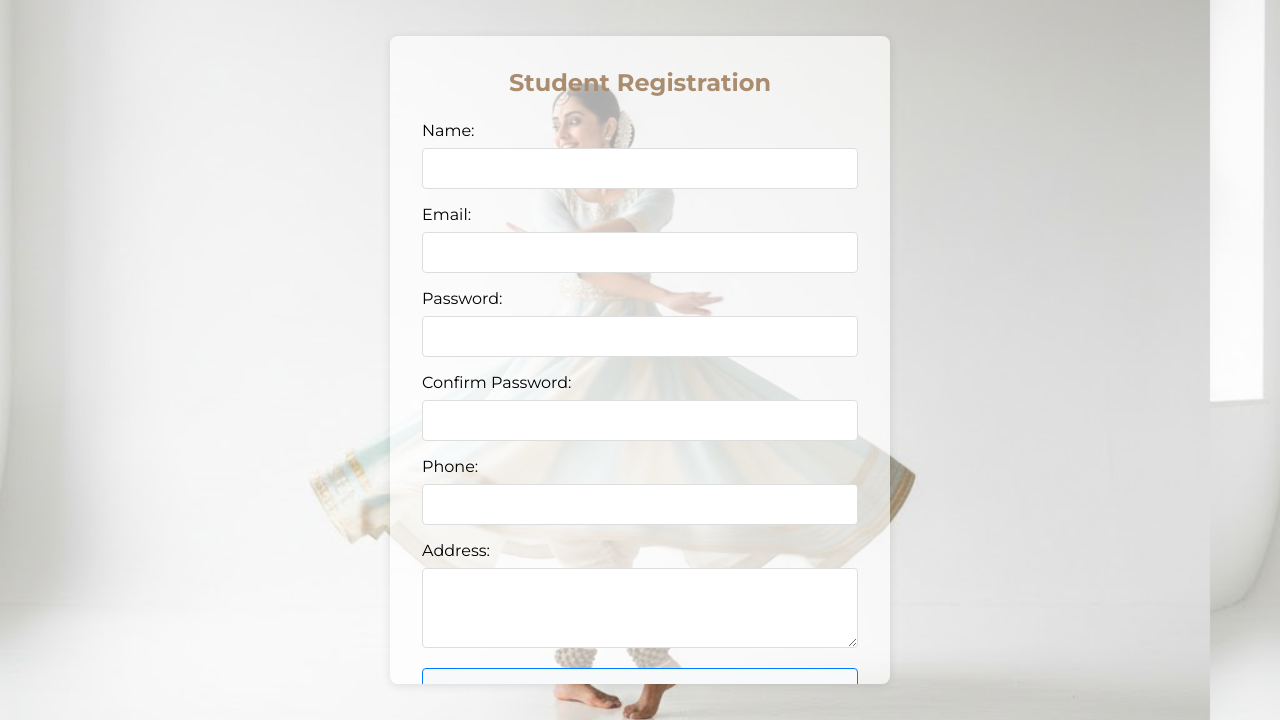
Repository: Priyadharshini-J-CSE/StepSync_Dance_Mangement_System
Page: /user-register (app in frontend/)
These files come from the project's save history. The page is drawn as it stood at one moment and after the next save; the edit follows.
The browser window is 1280 px wide. The pictures show the whole page.
An inner scrolling area shows only its first screen. Some web fonts or font styles are not loaded; a fallback is used. Some web libraries are served in a nearby version. The project was rebuilt for these pictures with package versions that can differ from the ones it lists, and the page was loaded fresh each time. Also part of the build but not shown: frontend/src/index.css, frontend/src/pages/LandingPage.js, frontend/src/components/Alert.js, frontend/src/pages/UserLogin.js, frontend/src/pages/AdminLogin.js, frontend/src/pages/AdminRegister.js, frontend/src/pages/ForgotPassword.js, frontend/src/components/Navbar.js and 17 more.

Above is the page before, as saved 2025-12-18 11:03:03.

### frontend/public/index.html
<!DOCTYPE html>
<html lang="en">
  <head>
    <meta charset="utf-8" />
    <meta name="viewport" content="width=device-width, initial-scale=1" />
    <title>Zumba Class Management</title>
    <link rel="preconnect" href="https://fonts.googleapis.com">
    <link rel="preconnect" href="https://fonts.gstatic.com" crossorigin>
    <link href="https://fonts.googleapis.com/css2?family=Alumni+Sans+Pinstripe:ital@0;1&family=Anta&family=Josefin+Sans:ital,wght@0,100..700;1,100..700&family=Metamorphous&family=Montserrat:ital,wght@0,100..900;1,100..900&family=Pangolin&family=Roboto:ital,wght@0,100..900;1,100..900&family=Rubik:ital,wght@0,300..900;1,300..900&display=swap" rel="stylesheet">
    <link rel="stylesheet" href="https://cdnjs.cloudflare.com/ajax/libs/font-awesome/6.5.1/css/all.min.css" crossorigin="anonymous">
    <script src="https://kit.fontawesome.com/a076d05399.js" crossorigin="anonymous"></script>
    <style>
      * { margin: 0; padding: 0; box-sizing: border-box; }
      body { font-family: 'Montserrat', sans-serif; }
    </style>
  </head>
  <body>
    <div id="root"></div>
  </body>
</html>

### frontend/src/App.js
import React from 'react';
import { BrowserRouter as Router, Routes, Route, Navigate } from 'react-router-dom';
import { AuthProvider, useAuth } from './context/AuthContext';
import LandingPage from './pages/LandingPage';
import UserLogin from './pages/UserLogin';
import AdminLogin from './pages/AdminLogin';
import UserRegister from './pages/UserRegister';
import AdminRegister from './pages/AdminRegister';
import ForgotPassword from './pages/ForgotPassword';
import AdminDashboard from './pages/admin/AdminDashboard';
import UserDashboard from './pages/user/UserDashboard';

const ProtectedRoute = ({ children, requiredRole }) => {
  const { user, loading } = useAuth();

  if (loading) return <div>Loading...</div>;
  if (!user) return <Navigate to="/" />;
  if (requiredRole && user.role !== requiredRole) return <Navigate to="/" />;

  return children;
};

function App() {
  return (
    <AuthProvider>
      <Router>
        <div style={{ minHeight: '100vh', backgroundColor: '#fff6e9' }}>
          <Routes>
            <Route path="/" element={<LandingPage />} />
            <Route path="/user-login" element={<UserLogin />} />
            <Route path="/admin-login" element={<AdminLogin />} />
            <Route path="/user-register" element={<UserRegister />} />
            <Route path="/admin-register" element={<AdminRegister />} />
            <Route path="/forgot-password" element={<ForgotPassword />} />
            <Route
              path="/admin/*"
              element={
                <ProtectedRoute requiredRole="admin">
                  <AdminDashboard />
                </ProtectedRoute>
              }
            />
            <Route
              path="/user/*"
              element={
                <ProtectedRoute requiredRole="user">
                  <UserDashboard />
                </ProtectedRoute>
              }
            />
          </Routes>
        </div>
      </Router>
    </AuthProvider>
  );
}

export default App;

### frontend/src/context/AuthContext.js
import React, { createContext, useContext, useState, useEffect } from 'react';
import axios from 'axios';

const AuthContext = createContext();

export const useAuth = () => useContext(AuthContext);

export const AuthProvider = ({ children }) => {
  const [user, setUser] = useState(null);
  const [loading, setLoading] = useState(true);

  useEffect(() => {
    const token = localStorage.getItem('token');
    if (token) {
      axios.defaults.headers.common['Authorization'] = `Bearer ${token}`;
      fetchUser();
    } else {
      setLoading(false);
    }
  }, []);

  const fetchUser = async () => {
    try {
      const response = await axios.get('/api/auth/me');
      setUser(response.data);
    } catch (error) {
      localStorage.removeItem('token');
      delete axios.defaults.headers.common['Authorization'];
    }
    setLoading(false);
  };

  const login = async (email, password) => {
    const response = await axios.post('/api/auth/login', { email, password });
    const { token, user } = response.data;

    localStorage.setItem('token', token);
    axios.defaults.headers.common['Authorization'] = `Bearer ${token}`;
    setUser(user);

    return user;
  };

  const register = async (userData) => {
    const response = await axios.post('/api/auth/register', userData);
    const { token, user } = response.data;

    localStorage.setItem('token', token);
    axios.defaults.headers.common['Authorization'] = `Bearer ${token}`;
    setUser(user);

    return user;
  };

  const logout = () => {
    localStorage.removeItem('token');
    delete axios.defaults.headers.common['Authorization'];
    setUser(null);
  };

  const value = {
    user,
    login,
    register,
    logout,
    loading
  };

  return (
    <AuthContext.Provider value={value}>
      {children}
    </AuthContext.Provider>
  );
};

### frontend/src/pages/UserRegister.js
import React, { useState } from 'react';
import { useNavigate, Link } from 'react-router-dom';
import { useAuth } from '../context/AuthContext';
import { validatePassword } from '../utils/passwordValidation';
import Alert from '../components/Alert';

const UserRegister = () => {
  const [formData, setFormData] = useState({
    name: '',
    email: '',
    password: '',
    confirmPassword: '',
    phone: '',
    address: '',
    acceptTerms: false
  });
  const [alert, setAlert] = useState(null);
  const [loading, setLoading] = useState(false);
  const [passwordValidation, setPasswordValidation] = useState(null);
  const [showTerms, setShowTerms] = useState(false);
  const [hasScrolled, setHasScrolled] = useState(false);
  const { register } = useAuth();
  const navigate = useNavigate();

  const handlePasswordChange = (password) => {
    setFormData({...formData, password});
    setPasswordValidation(validatePassword(password));
  };

  const handleSubmit = async (e) => {
    e.preventDefault();

    if (formData.password !== formData.confirmPassword) {
      setAlert({ message: 'Passwords do not match', type: 'error' });
      return;
    }

    if (!passwordValidation?.isValid) {
      setAlert({ message: 'Password does not meet requirements', type: 'error' });
      return;
    }

    if (!formData.acceptTerms) {
      setAlert({ message: 'Please accept terms and conditions', type: 'error' });
      return;
    }

    setLoading(true);

    try {
      await register({ ...formData, role: 'user' });
      navigate('/user');
    } catch (error) {
      setAlert({ message: error.response?.data?.message || 'Registration failed', type: 'error' });
    }
    setLoading(false);
  };

  return (
    <div style={{
      display: 'flex',
      justifyContent: 'center',
      alignItems: 'center',
      minHeight: '100vh',
      padding: '1rem',
      backgroundImage: 'url(/image.jpg)',
      backgroundSize: 'cover',
      backgroundPosition: 'bottom 30% right 1350px',
      backgroundAttachment: 'fixed'
    }}>
      <form onSubmit={handleSubmit} style={{
        backgroundColor: 'rgba(255, 255, 255, 0.68)',
        padding: '2rem',
        borderRadius: '8px',
        boxShadow: '0 2px 10px rgba(0,0,0,0.1)',
        width: '500px',
        maxHeight: '90vh',
        overflowY: 'auto'
      }}>
        <h2 style={{ textAlign: 'center', marginBottom: '1.5rem',   color: '#aa8d6f', }}>
          Student Registration
        </h2>

        {alert && <Alert message={alert.message} type={alert.type} onClose={() => setAlert(null)} />}

        <div style={{ marginBottom: '1rem' }}>
          <label style={{ display: 'block', marginBottom: '0.5rem' }}>Name:</label>
          <input
            type="text"
            value={formData.name}
            onChange={(e) => setFormData({...formData, name: e.target.value})}
            required
            style={{
              width: '100%',
              padding: '0.75rem',
              border: '1px solid #ddd',
              borderRadius: '4px'
            }}
          />
        </div>

        <div style={{ marginBottom: '1rem' }}>
          <label style={{ display: 'block', marginBottom: '0.5rem' }}>Email:</label>
          <input
            type="email"
            value={formData.email}
            onChange={(e) => setFormData({...formData, email: e.target.value})}
            required
            style={{
              width: '100%',
              padding: '0.75rem',
              border: '1px solid #ddd',
              borderRadius: '4px'
            }}
          />
        </div>

        <div style={{ marginBottom: '1rem' }}>
          <label style={{ display: 'block', marginBottom: '0.5rem' }}>Password:</label>
          <input
            type="password"
            value={formData.password}
            onChange={(e) => handlePasswordChange(e.target.value)}
            required
            style={{
              width: '100%',
              padding: '0.75rem',
              border: '1px solid #ddd',
              borderRadius: '4px'
            }}
          />
          {passwordValidation && (
            <div style={{ marginTop: '0.5rem', fontSize: '0.8rem' }}>
              <div style={{
                color: passwordValidation.strength === 'Strong' ? 'green' :
                       passwordValidation.strength === 'Medium' ? 'orange' : 'red'
              }}>
                Strength: {passwordValidation.strength}
              </div>
            </div>
          )}
        </div>

        <div style={{ marginBottom: '1rem' }}>
          <label style={{ display: 'block', marginBottom: '0.5rem' }}>Confirm Password:</label>
          <input
            type="password"
            value={formData.confirmPassword}
            onChange={(e) => setFormData({...formData, confirmPassword: e.target.value})}
            required
            style={{
              width: '100%',
              padding: '0.75rem',
              border: '1px solid #ddd',
              borderRadius: '4px'
            }}
          />
        </div>

        <div style={{ marginBottom: '1rem' }}>
          <label style={{ display: 'block', marginBottom: '0.5rem' }}>Phone:</label>
          <input
            type="tel"
            value={formData.phone}
            onChange={(e) => setFormData({...formData, phone: e.target.value})}
            style={{
              width: '100%',
              padding: '0.75rem',
              border: '1px solid #ddd',
              borderRadius: '4px'
            }}
          />
        </div>

        <div style={{ marginBottom: '1rem' }}>
          <label style={{ display: 'block', marginBottom: '0.5rem' }}>Address:</label>
          <textarea
            value={formData.address}
            onChange={(e) => setFormData({...formData, address: e.target.value})}
            style={{
              width: '100%',
              padding: '0.75rem',
              border: '1px solid #ddd',
              borderRadius: '4px',
              minHeight: '80px'
            }}
          />
        </div>

        <div style={{ marginBottom: '1.5rem' }}>
          <button
            type="button"
            onClick={() => setShowTerms(true)}
            style={{
              width: '100%',
              padding: '0.75rem',
              backgroundColor: '#f8f9fa',
              color: '#007bff',
              border: '1px solid #007bff',
              borderRadius: '4px',
              cursor: 'pointer',
              marginBottom: '0.5rem'
            }}
          >
            View Terms & Conditions and Privacy Policy
          </button>
          <label style={{ display: 'flex', alignItems: 'center', gap: '0.5rem' }}>
            <input
              type="checkbox"
              checked={formData.acceptTerms}
              onChange={(e) => setFormData({...formData, acceptTerms: e.target.checked})}
              required
              disabled={!hasScrolled}
            />
            I accept the Terms and Conditions and Privacy Policy
            {!hasScrolled && <span style={{ color: 'red', fontSize: '0.8rem' }}>(Read first)</span>}
          </label>
        </div>

        {showTerms && (
          <div className="modal-overlay" onClick={() => setShowTerms(false)}>
            <div className="modal-content" onClick={(e) => e.stopPropagation()} style={{ maxWidth: '600px' }}>
              <h3 style={{ marginTop: 0 }}>Terms & Conditions and Privacy Policy</h3>
              <div
                onScroll={(e) => {
                  const { scrollTop, scrollHeight, clientHeight } = e.target;
                  const isNearBottom = scrollHeight - scrollTop - clientHeight < 5;
                  if (isNearBottom) setHasScrolled(true);
                }}
                style={{
                  maxHeight: '400px',
                  overflowY: 'auto',
                  padding: '1rem',
                  backgroundColor: '#f8f9fa',
                  borderRadius: '8px',
                  marginBottom: '1rem'
                }}
              >
                <h4>Terms and Conditions</h4>
                <p>Welcome to DanceHub. By registering, you agree to the following terms:</p>
                <ol>
                  <li>You must provide accurate and complete information during registration.</li>
                  <li>You are responsible for maintaining the confidentiality of your account.</li>
                  <li>You must be at least 18 years old to register.</li>
                  <li>Payment for classes must be made in advance.</li>
                  <li>Refunds are subject to our refund policy.</li>
                  <li>You agree to attend classes on time and follow instructor guidelines.</li>
                  <li>We reserve the right to cancel classes due to unforeseen circumstances.</li>
                  <li>You agree not to share class materials without permission.</li>
                </ol>

                <h4>Privacy Policy</h4>
                <p>We value your privacy and are committed to protecting your personal information:</p>
                <ol>
                  <li>We collect personal information including name, email, phone, and address.</li>
                  <li>Your information is used solely for class management and communication.</li>
                  <li>We do not sell or share your personal information with third parties.</li>
                  <li>Payment information is processed securely through encrypted channels.</li>
                  <li>You have the right to access, modify, or delete your personal data.</li>
                  <li>We use cookies to improve your experience on our platform.</li>
                  <li>Your attendance and payment records are stored securely.</li>
                  <li>We may send you notifications about classes and updates.</li>
                </ol>

                <p style={{ fontWeight: 'bold', marginTop: '1rem' }}>
                  Please scroll to the bottom to enable the acceptance checkbox.
                </p>
              </div>
              <button
                onClick={() => {
                  if (hasScrolled) {
                    setShowTerms(false);
                  } else {
                    alert('Please scroll to the bottom to read all terms');
                  }
                }}
                disabled={!hasScrolled}
                style={{
                  width: '100%',
                  padding: '0.75rem',
                  backgroundColor: hasScrolled ? '#c77e3095' : '#6c757d',
                  color: 'white',
                  border: 'none',
                  borderRadius: '4px',
                  cursor: hasScrolled ? 'pointer' : 'not-allowed',
                  opacity: hasScrolled ? 1 : 0.6
                }}
              >
                {hasScrolled ? 'Accept' : 'Scroll to Accept'}
              </button>
            </div>
          </div>
        )}

        <button
          type="submit"
          disabled={loading}
          style={{
            width: '100%',
            padding: '0.75rem',
            backgroundColor: '#aa8d6f',
            color: 'white',
            border: 'none',
            borderRadius: '4px',
            cursor: 'pointer',
            fontSize: '16px'
          }}
        >
          {loading ? 'Registering...' : 'Register'}
        </button>

        <div style={{ textAlign: 'center', marginTop: '1rem' }}>
          <p>Already have an account? <Link to="/user-login" style={{ color: '#aa8d6f' }}>Login here</Link></p>
          <p><Link to="/" style={{ color: '#aa8d6f' }}>Back to Home</Link></p>
        </div>
      </form>
    </div>
  );
};

export default UserRegister;

### frontend/src/utils/passwordValidation.js
export const validatePassword = (password) => {
  const minLength = password.length >= 8;
  const hasUpperCase = /[A-Z]/.test(password);
  const hasLowerCase = /[a-z]/.test(password);
  const hasNumbers = /\d/.test(password);
  const hasSpecialChar = /[!@#$%^&*(),.?":{}|<>]/.test(password);

  const score = [minLength, hasUpperCase, hasLowerCase, hasNumbers, hasSpecialChar].filter(Boolean).length;

  let strength = 'Weak';
  if (score >= 4) strength = 'Strong';
  else if (score >= 3) strength = 'Medium';

  return {
    isValid: score >= 3,
    strength,
    requirements: {
      minLength,
      hasUpperCase,
      hasLowerCase,
      hasNumbers,
      hasSpecialChar
    }
  };
};

Loaded but not shown: frontend/src/index.js (common file)

After the next save:
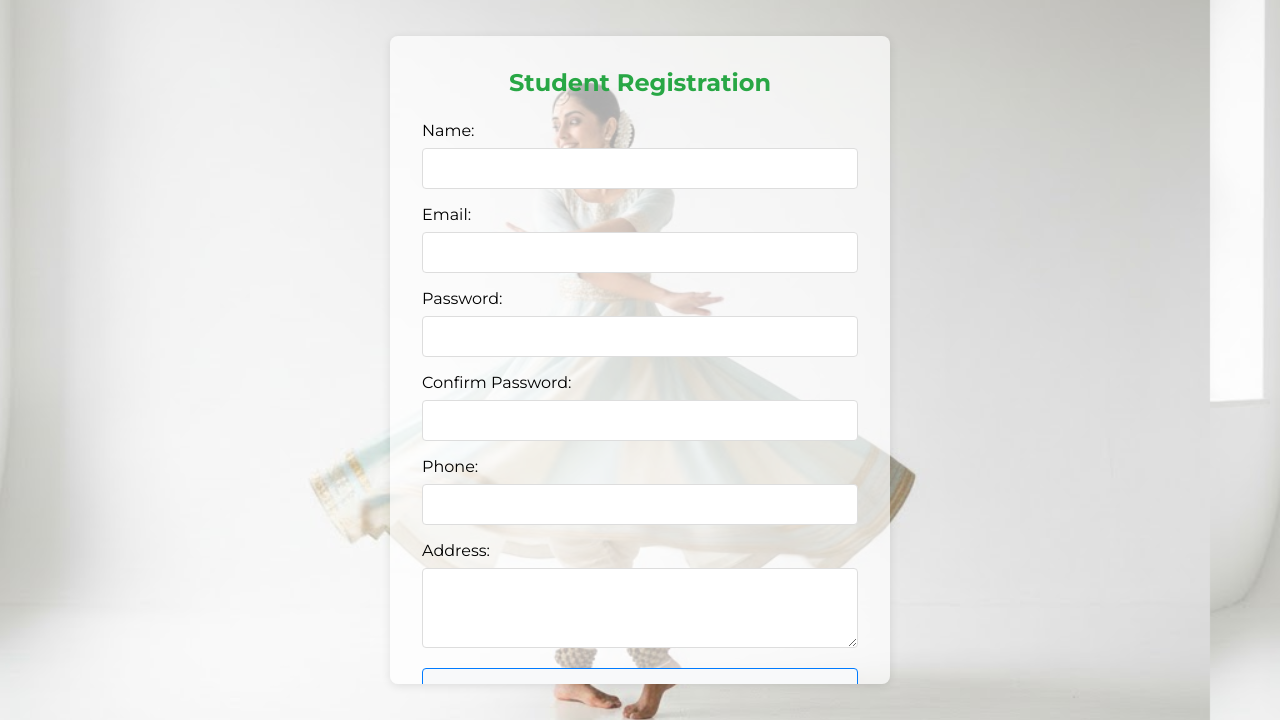
Saved 3 min 29 s later.
--- a/frontend/src/pages/UserRegister.js
+++ b/frontend/src/pages/UserRegister.js
@@ -77,7 +77,7 @@ const UserRegister = () => {
         maxHeight: '90vh',
         overflowY: 'auto'
       }}>
-        <h2 style={{ textAlign: 'center', marginBottom: '1.5rem',   color: '#aa8d6f', }}>
+        <h2 style={{ textAlign: 'center', marginBottom: '1.5rem', color: '#28a745', }}>
           Student Registration
         </h2>
 
